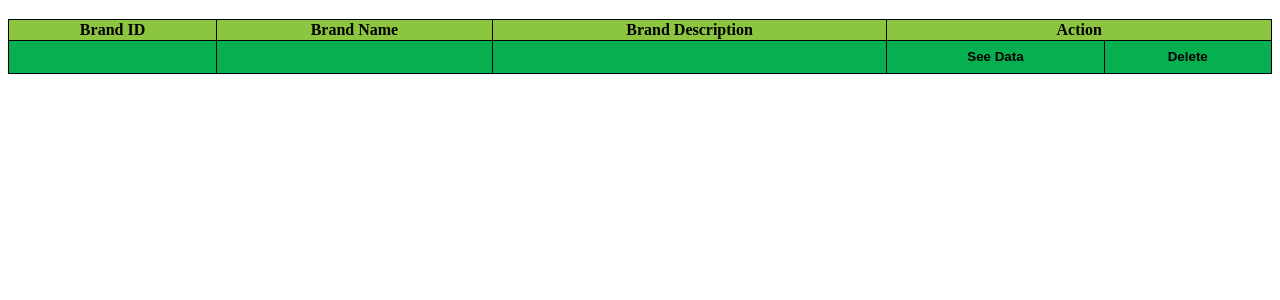
Repository: developerks611/loanweb
Page: http://localhost/loan-web/viewcustomers.jsp
An editor plug-in stored every save of this project. The page is shown before and after the next save, followed by the edit.
The browser window is 1280 px wide. The pictures show the whole page.
The page is served by Tomcat 9.

Above is the page before, as saved 2023-03-10 10:33:57.

After the next save:
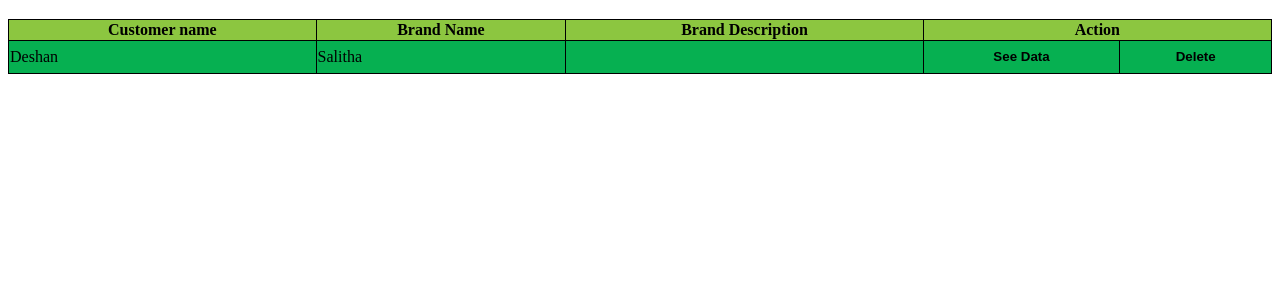
Saved 25 s later.
--- a/loan-web/src/main/webapp/viewcustomers.jsp
+++ b/loan-web/src/main/webapp/viewcustomers.jsp
@@ -38,7 +38,7 @@ background-color:#06B051;
 <h3 style="color:blue; text-align:left;">${msg }</h3>
  <table>
   <tr>
-    <th>Brand ID</th>
+    <th>Customer name</th>
     <th>Brand Name</th>
     <th>Brand Description</th>
 
@@ -46,8 +46,8 @@ background-color:#06B051;
   </tr>
 
   <tr>
-  	<td></td>
-  	<td></td>
+  	<td>Deshan</td>
+  	<td>Salitha</td>
   	<td></td>
   	<td>
 
